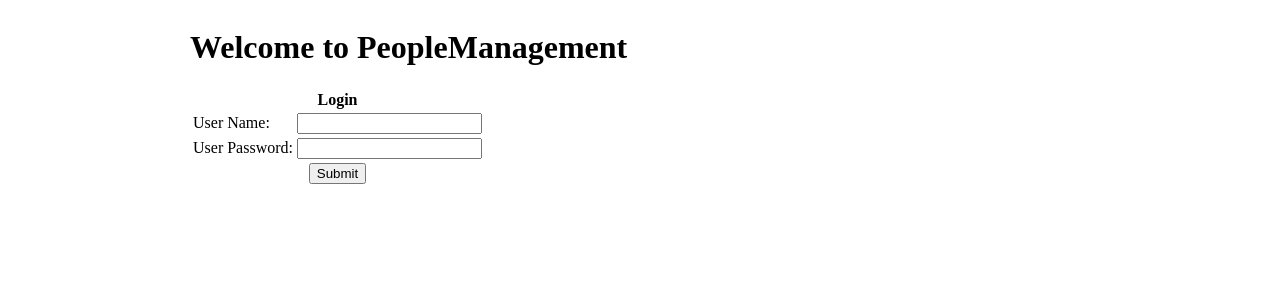
Repository: tarik788/prac
Page: http://localhost/PeopleManagement/Welcome.jsp
The author's editor kept a copy of each file at every save. The page is drawn from the files as they stood at one save, then again after a run of saves.
The browser window is 1280 px wide. The pictures show the whole page.
The page is served by Tomcat 9.

Above is the page before, as saved 2014-05-31 13:20:31.

After the next 2 saves:
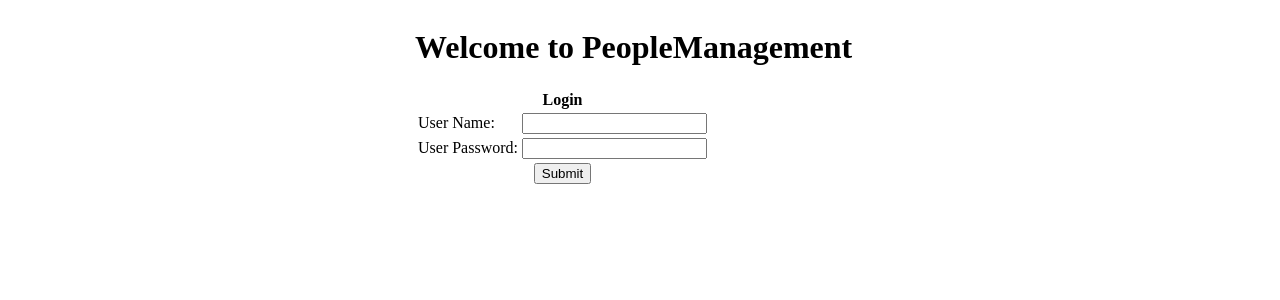
The 2 saves are shown as one change because they came seconds apart.
The last was saved 15 s later.
--- a/Java/AdvJava/Project/PeopleManagement/WebContent/Welcome.jsp
+++ b/Java/AdvJava/Project/PeopleManagement/WebContent/Welcome.jsp
@@ -30,26 +30,28 @@
 <body>
 	<div id="content-container">
 		<div id="content">
-			<h1>Welcome to PeopleManagement</h1>
-			<form action="j_securtiy_check">
-				<table>
-					<tr>
-						<th colspan="2">Login</th>
-					</tr>
-					<tr>
-						<td>User Name:</td>
-						<td><input type='text' name="j_username" /></td>
-					</tr>
-					<tr>
-						<td>User Password:</td>
-						<td><input type='text' name="j_password" /></td>
-					</tr>
-					<tr>
-						<td style='text-align: center' colspan="2"><input
-							type='submit' name="btnSubmit" /></td>
-					</tr>
-				</table>
-			</form>
+			<div id="center">
+				<h1>Welcome to PeopleManagement</h1>
+				<form action="j_securtiy_check">
+					<table>
+						<tr>
+							<th colspan="2">Login</th>
+						</tr>
+						<tr>
+							<td>User Name:</td>
+							<td><input type='text' name="j_username" /></td>
+						</tr>
+						<tr>
+							<td>User Password:</td>
+							<td><input type='text' name="j_password" /></td>
+						</tr>
+						<tr>
+							<td style='text-align: center' colspan="2"><input
+								type='submit' name="btnSubmit" /></td>
+						</tr>
+					</table>
+				</form>
+			</div>
 		</div>
 	</div>
 </body>
